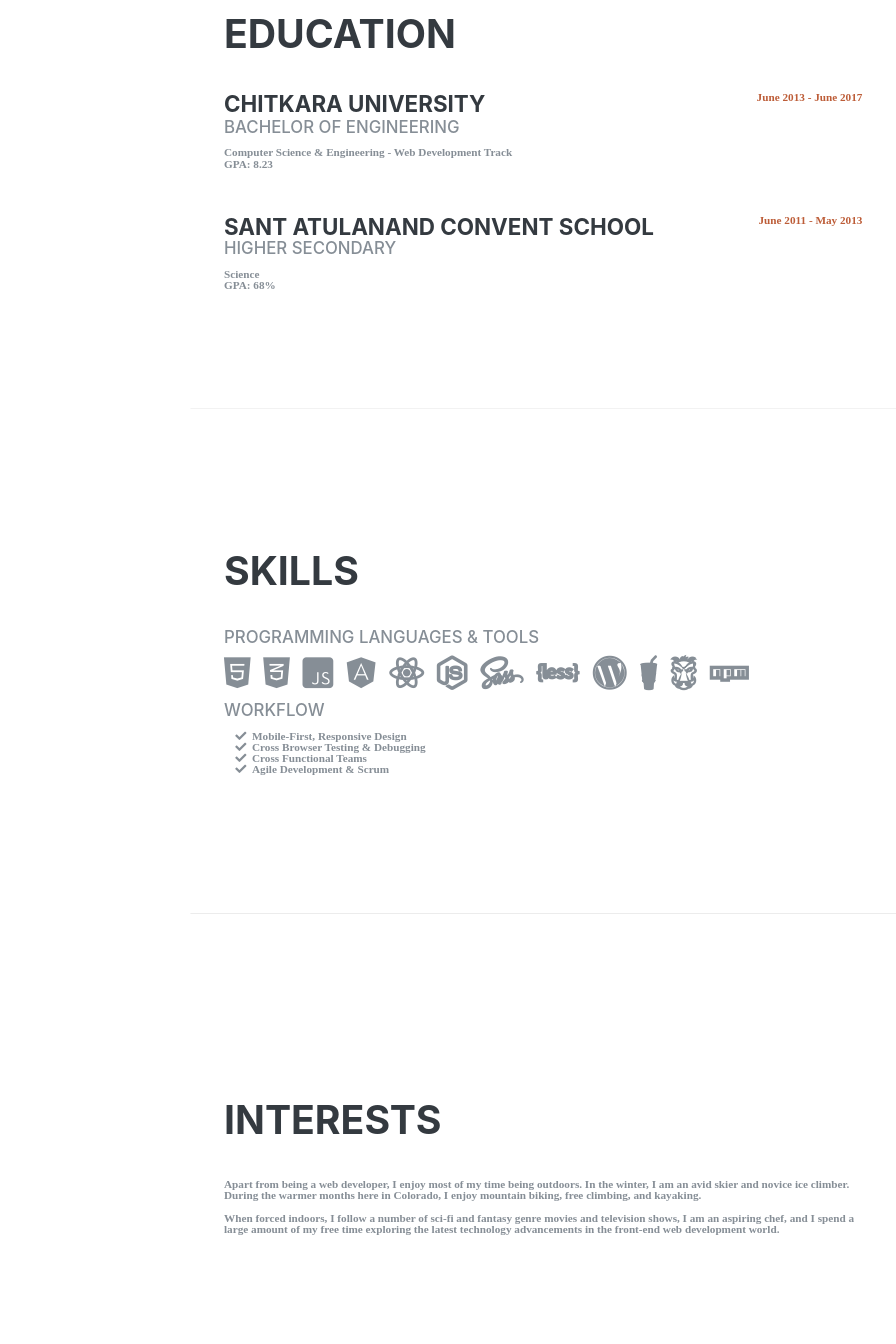
Repository: ankitkeshari719/ankitkeshari719.github.io
Page: index.html
The author's editor kept a copy of each file at every save. The page is drawn from the files as they stood at one save, then again after the next save.
The browser window is 1280 px wide. The pictures show the part of the page from y = 1579 to 3499 px (the page is 4349 px tall), at 70% of full size.
Some web fonts or font styles are not loaded; a fallback is used.

Above is the page before, as saved 2020-03-13 16:16:12.

After the next save:
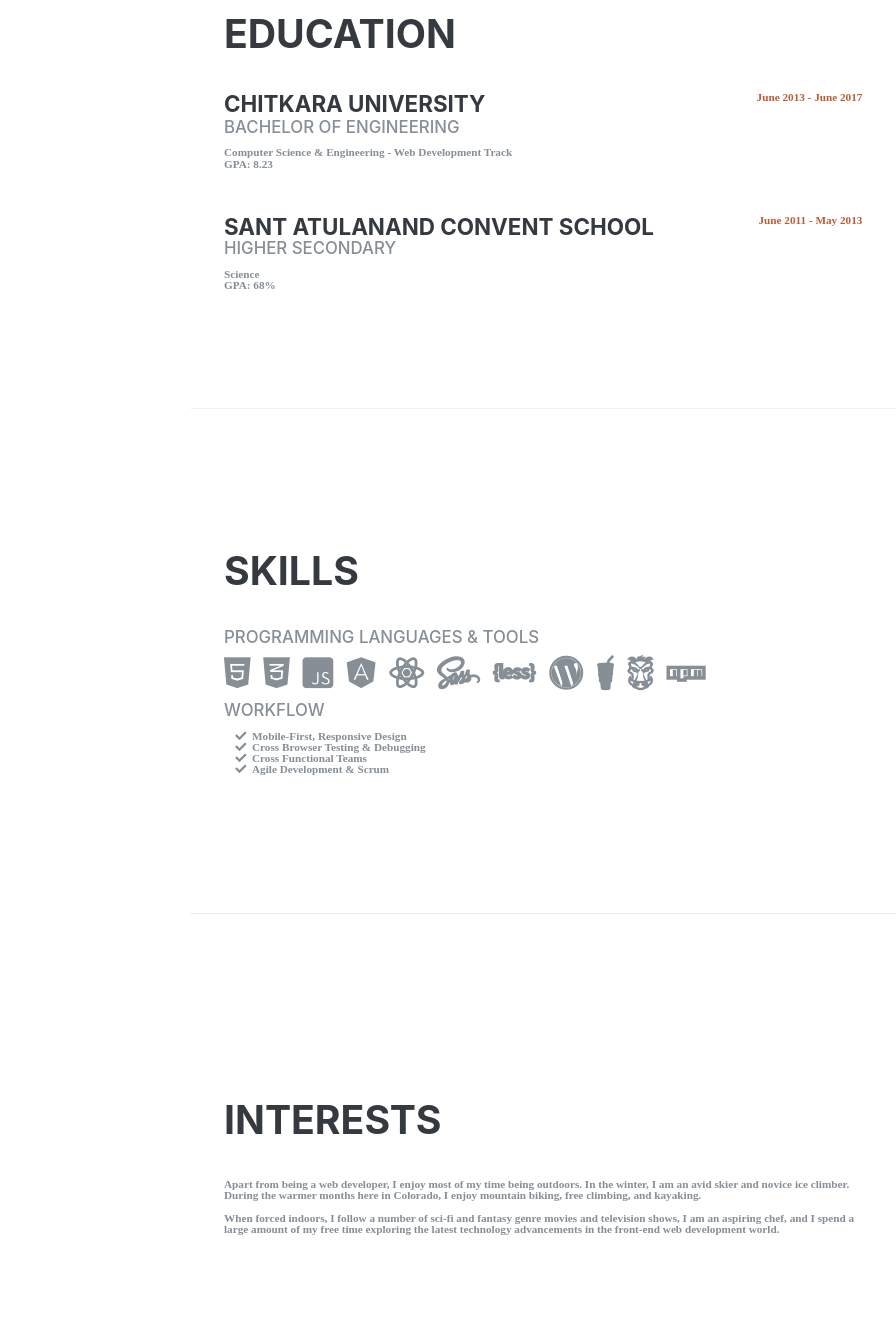
Saved 44 s later.
--- a/index.html
+++ b/index.html
@@ -202,9 +202,9 @@
           <li class="list-inline-item">
             <i class="fab fa-react"></i>
           </li>
-          <li class="list-inline-item">
+          <!-- <li class="list-inline-item">
             <i class="fab fa-node-js"></i>
-          </li>
+          </li> -->
           <li class="list-inline-item">
             <i class="fab fa-sass"></i>
           </li>
